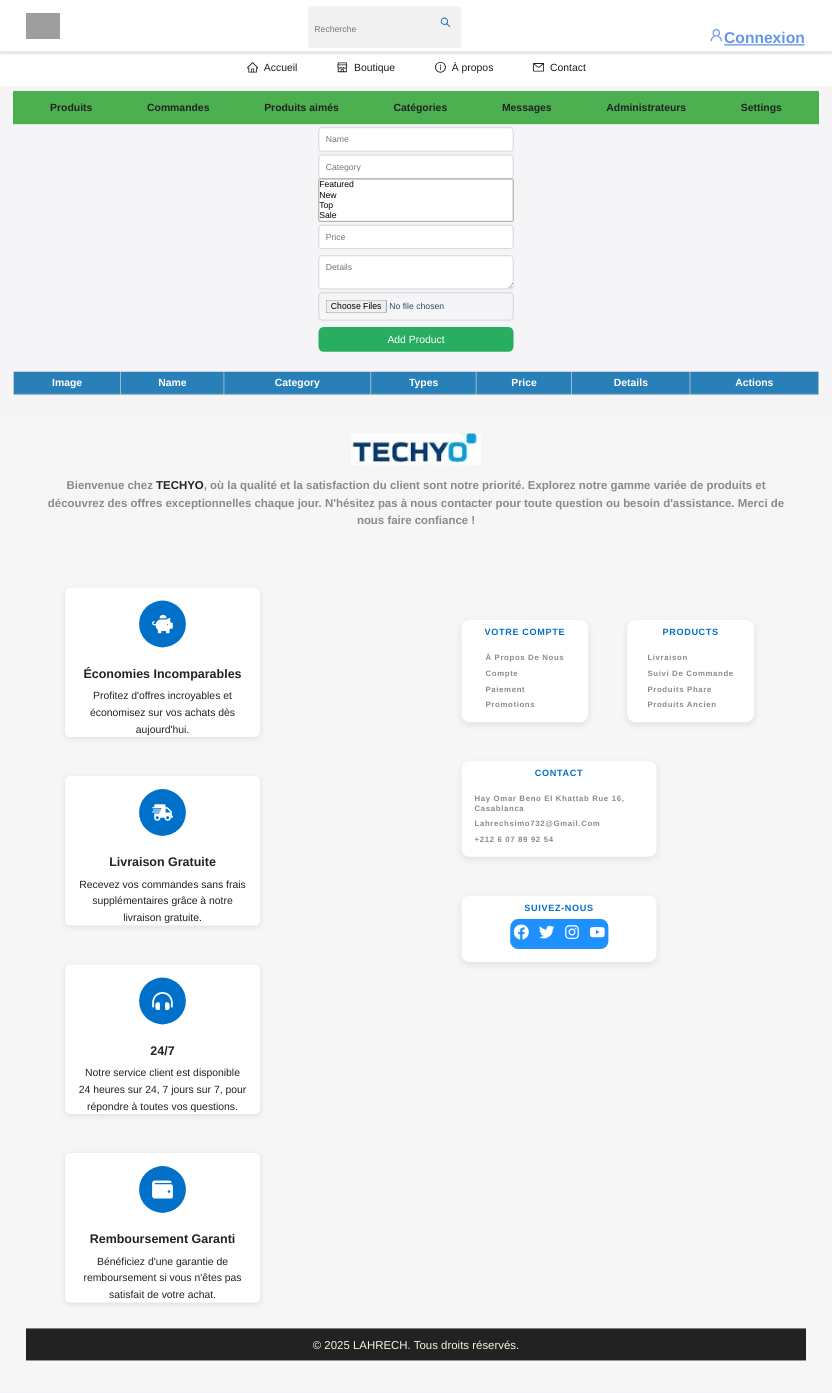
Repository: sebti-cloud/project-modern
Page: /products (app in ecommerce_website/)
The author's editor kept a copy of each file at every save. The page is drawn from the files as they stood at one save, then again after the next save.
The browser window is 1280 px wide. The pictures show the whole page, at 65% of full size.
The page's requests for data from a server got no answer. The project was rebuilt for these pictures with package versions that can differ from the ones it lists, and the page was loaded fresh each time. No one was signed in, and anything a server would have sent is missing. Also part of the build but not shown: ecommerce_website/src/comp/home.js, ecommerce_website/src/comp/shop.js, ecommerce_website/src/comp/cart.js, ecommerce_website/src/comp/contact.js, ecommerce_website/src/comp/rout.js, ecommerce_website/src/comp/Orders.js, ecommerce_website/src/comp/LikedProducts.js, ecommerce_website/src/comp/Categories.js and 32 more.

Above is the page before, as saved 2025-01-27 17:09:37.

After the next save:
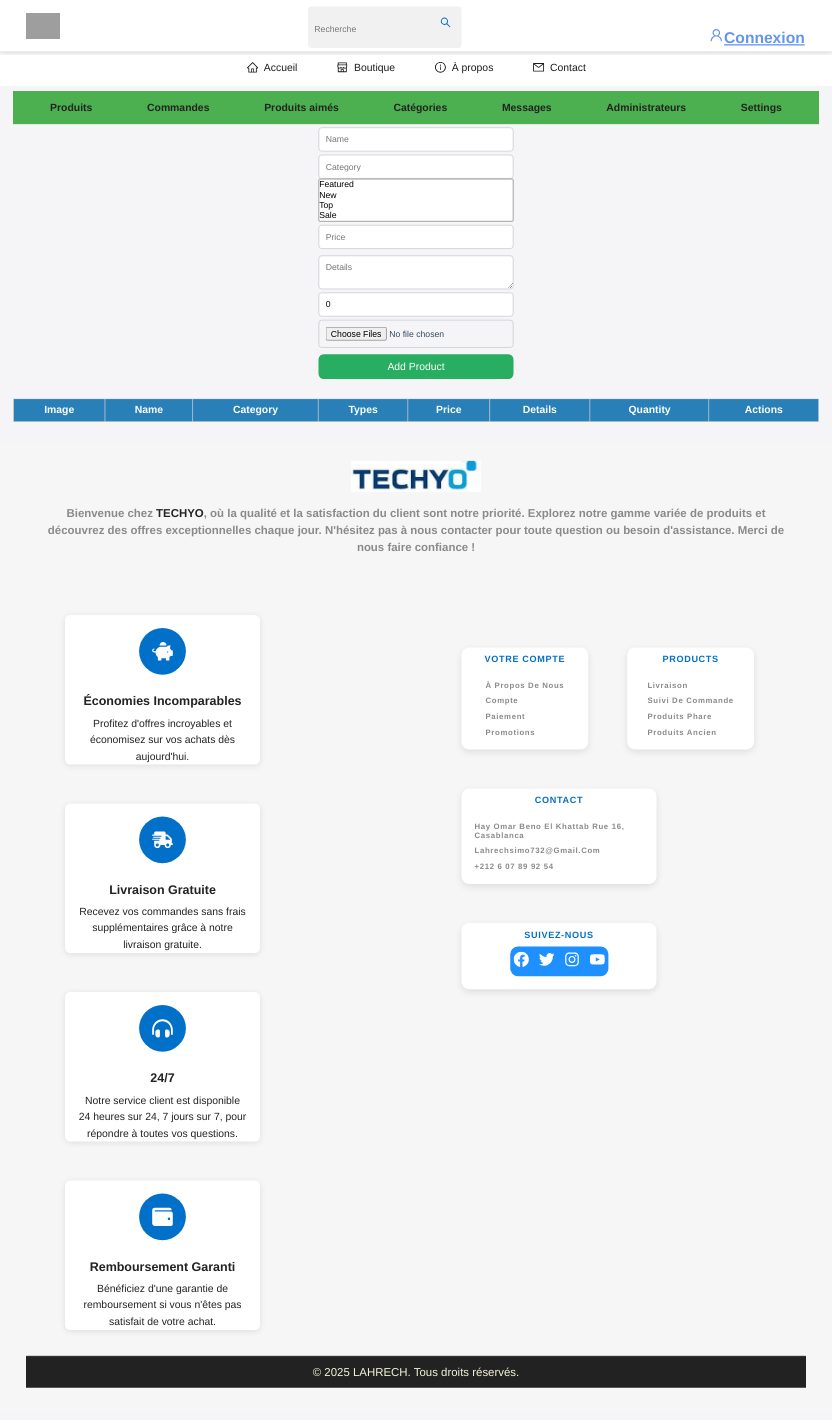
Saved 6 min 4 s later.
--- a/ecommerce_website/src/comp/Products.js
+++ b/ecommerce_website/src/comp/Products.js
@@ -193,7 +193,7 @@
 
 const Products = () => {
     const [products, setProducts] = useState([]);
-    const [newProduct, setNewProduct] = useState({ name: '', category: '', types: [], price: '', details: '' });
+    const [newProduct, setNewProduct] = useState({ name: '', category: '', types: [], price: '', details: '', quantity: 0 });
     const [editProduct, setEditProduct] = useState(null);
     const [selectedFiles, setSelectedFiles] = useState([]);
 
@@ -256,6 +256,7 @@
         formData.append('types', JSON.stringify(newProduct.types));
         formData.append('price', newProduct.price);
         formData.append('details', newProduct.details);
+        formData.append('quantity', newProduct.quantity);
 
         selectedFiles.forEach((file) => {
             formData.append('images', file);
@@ -268,7 +269,7 @@
             });
             if (response.ok) {
                 fetchProducts();
-                setNewProduct({ name: '', category: '', types: [], price: '', details: '' });
+                setNewProduct({ name: '', category: '', types: [], price: '', details: '', quantity: 0 });
                 setSelectedFiles([]);
                 alert('Product added successfully!', 'alert-success');
             } else {
@@ -292,6 +293,7 @@
         formData.append('types', JSON.stringify(editProduct.types || []));
         formData.append('price', editProduct.price);
         formData.append('details', editProduct.details);
+        formData.append('quantity', editProduct.quantity);
 
         if (selectedFiles.length > 0) {
             selectedFiles.forEach((file) => {
@@ -338,17 +340,17 @@
 
     return (
         <div className="admin-dashboard">
-                  <nav>
-                    <ul>
-                      <li><Link to="/products">Produits</Link></li>
-                      <li><Link to="/orders">Commandes</Link></li>
-                      <li><Link to="/likedProducts">Produits aimés</Link></li>
-                      <li><Link to="/categories">Catégories</Link></li>
-                      <li><Link to="/contacts">Messages</Link></li>
-                      <li><Link to="/admins">Administrateurs</Link></li>
-                      <li><Link to="/admin-settings">Settings</Link></li>
-                    </ul>
-                  </nav>
+            <nav>
+                <ul>
+                    <li><Link to="/products">Produits</Link></li>
+                    <li><Link to="/orders">Commandes</Link></li>
+                    <li><Link to="/likedProducts">Produits aimés</Link></li>
+                    <li><Link to="/categories">Catégories</Link></li>
+                    <li><Link to="/contacts">Messages</Link></li>
+                    <li><Link to="/admins">Administrateurs</Link></li>
+                    <li><Link to="/admin-settings">Settings</Link></li>
+                </ul>
+            </nav>
             <form onSubmit={editProduct ? handleUpdateProduct : handleAddProduct}>
                 <input type="text" name="name" placeholder="Name" value={editProduct ? editProduct.name : newProduct.name} onChange={handleChange} required />
                 <input type="text" name="category" placeholder="Category" value={editProduct ? editProduct.category : newProduct.category} onChange={handleChange} required />
@@ -360,6 +362,7 @@
                 </select>
                 <input type="number" name="price" placeholder="Price" value={editProduct ? editProduct.price : newProduct.price} onChange={handleChange} required />
                 <textarea name="details" className="details" placeholder="Details" value={editProduct ? editProduct.details : newProduct.details} onChange={handleChange} required />
+                <input type="number" name="quantity" placeholder="Quantity" value={editProduct ? editProduct.quantity : newProduct.quantity} onChange={handleChange} required /> {/* Champ quantité */}
                 <input
                     type="file"
                     name="images"
@@ -379,6 +382,7 @@
                         <th>Types</th>
                         <th>Price</th>
                         <th>Details</th>
+                        <th>Quantity</th> {/* En-tête pour la quantité */}
                         <th>Actions</th>
                     </tr>
                 </thead>
@@ -404,16 +408,17 @@
                             <td>{product.types && product.types.length > 0 ? product.types.join(', ') : 'No types'}</td>
                             <td>{product.price} MAD</td>
                             <td>{product.details}</td>
+                            <td>{product.quantity}</td> {/* Afficher la quantité */}
                             <td>
                                 <button onClick={() => handleEditProduct(product)} className="edit-button">Edit</button>
                                 <button onClick={() => handleDeleteProduct(product.id)} className="delete-button">Delete</button>
                             </td>
                         </tr>
-                    ))}
-                </tbody>
-            </table>
-        </div>
-    );
-};
-
-export default Products;
+                                   ))}
+                                   </tbody>
+                               </table>
+                           </div>
+                       );
+                   };
+
+                   export default Products;
